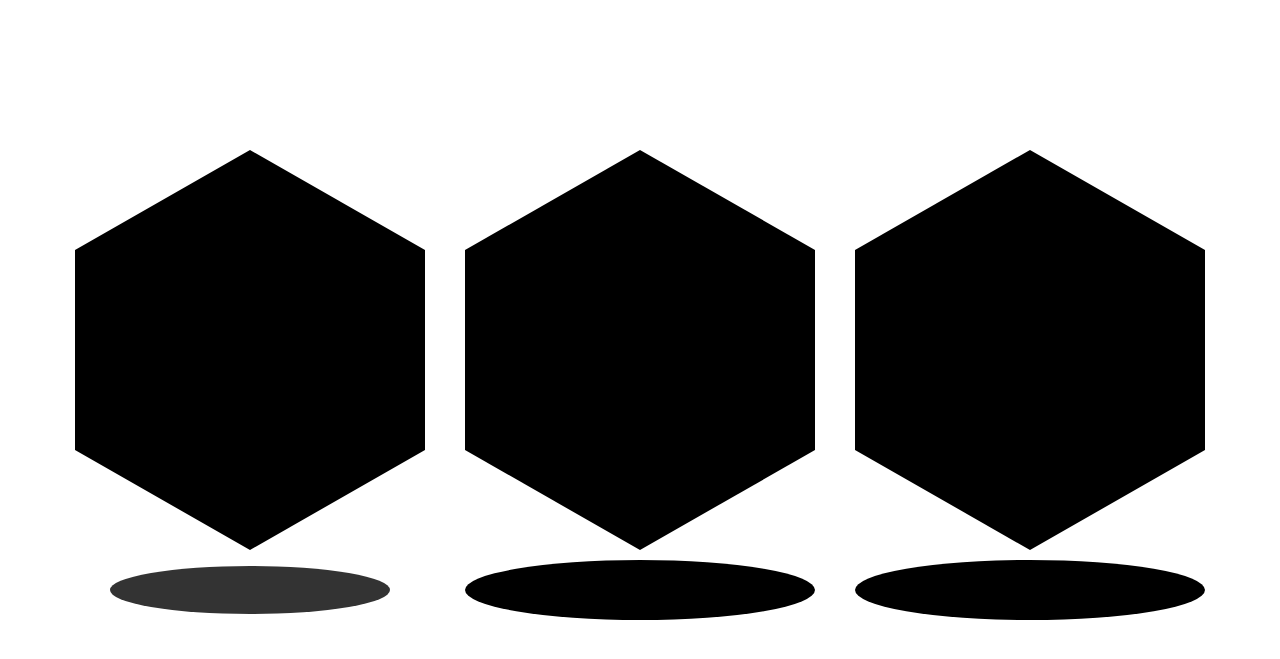
Repository: honghyunAhn/DailyFront
Page: Day210211_CSS_Hexagon_Div_Hover_Effects/index.html
The author's editor kept a copy of each file at every save. The page is drawn from the files as they stood at one save, then again after the next save.
The browser window is 1280 px wide. The pictures show the whole page.
The pointer rests on the first visible `.container .hexagon`.

Above is the page before, as saved 2021-02-12 22:48:48.

After the next save:
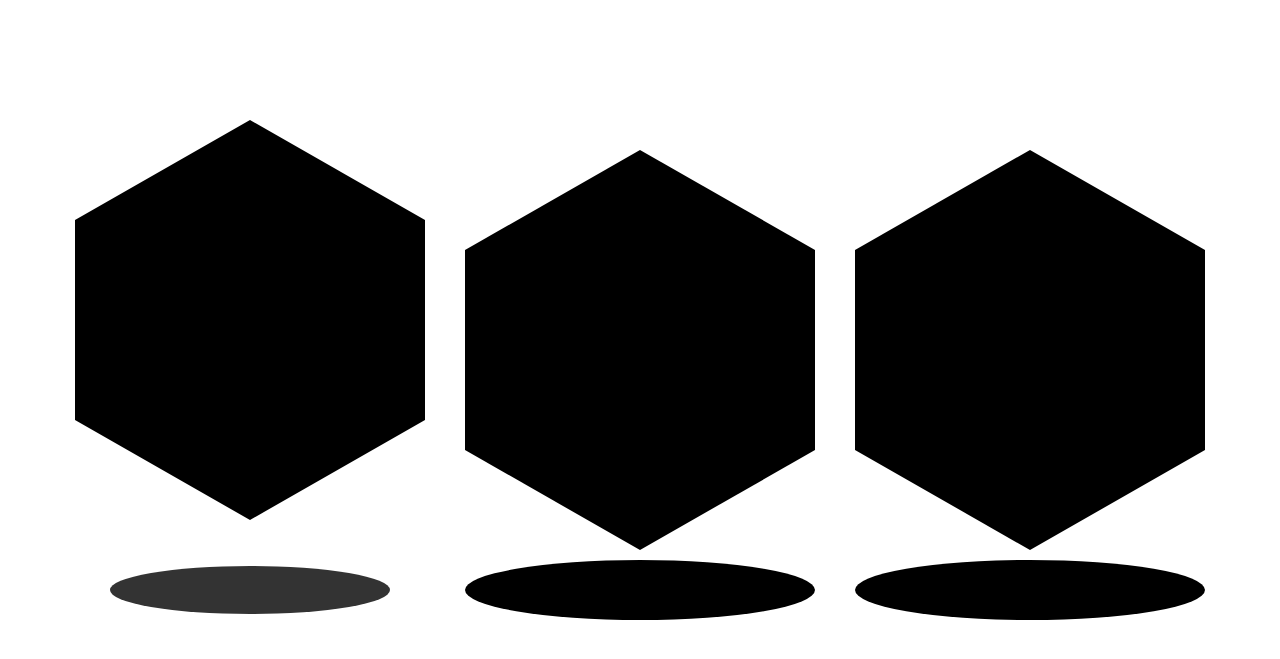
Saved 51 s later.
--- a/Day210211_CSS_Hexagon_Div_Hover_Effects/style.css
+++ b/Day210211_CSS_Hexagon_Div_Hover_Effects/style.css
@@ -48,3 +48,6 @@ body {
   clip-path: polygon(0 25%, 50% 0, 100% 25%, 100% 75%, 50% 100%, 0 75%);
   transition: 0.5s;
 }
+.container .hexagon:hover .shape {
+  transform: translateY(-30px);
+}
